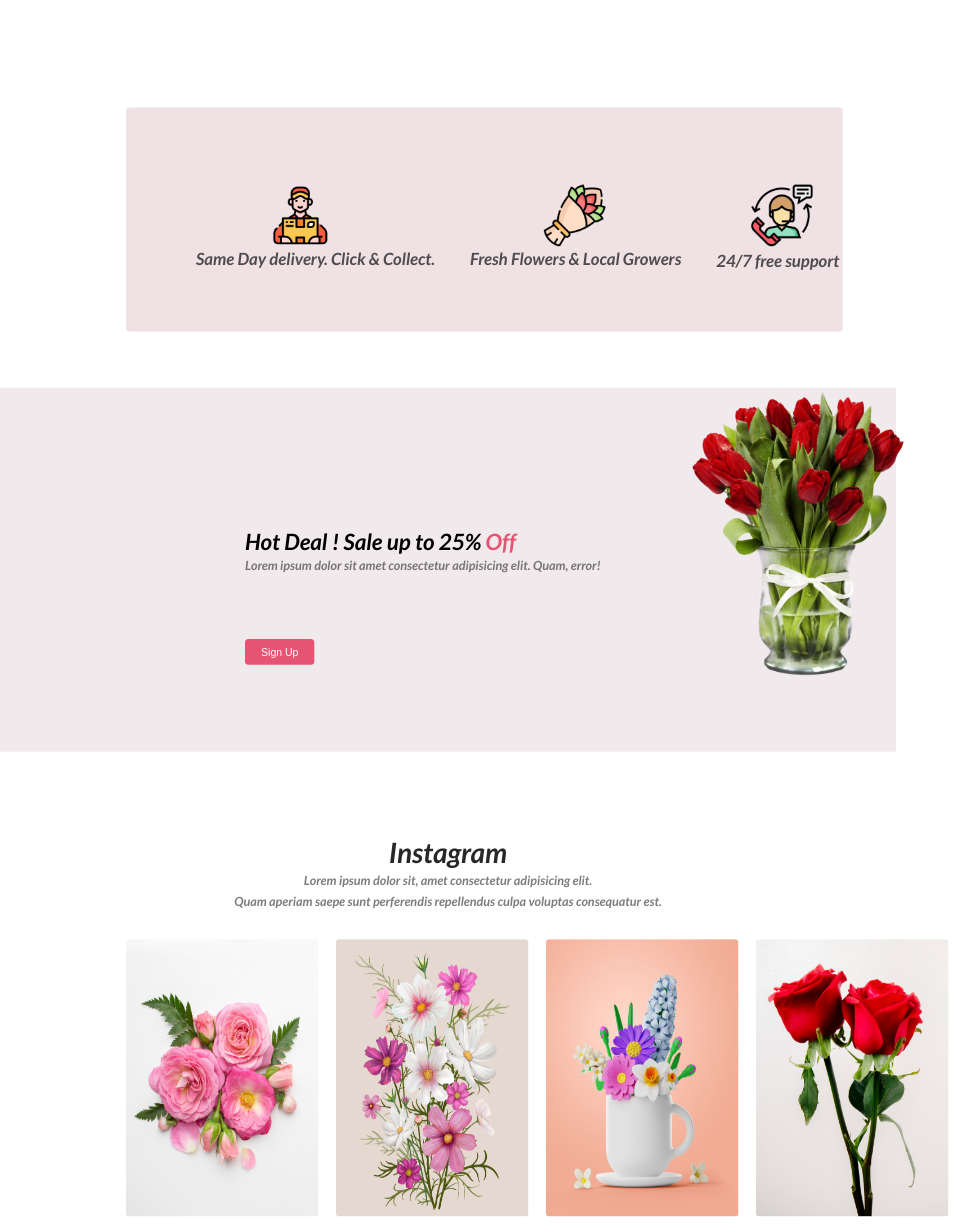
Repository: AnitaAkter/anita-flower-shop
Page: index.html
These files come from the project's save history. The page is drawn as it stood at one moment and after a run of saves; the edit follows.
The browser window is 1280 px wide. The page is 1393 px wide, so the pictures cover 1393 px, including what lies to the right of the window. The pictures show the part of the page from y = 1634 to 3394 px (the page is 3766 px tall), at 70% of full size.

Above is the page before, as saved 2023-09-06 20:22:29.

After the next 3 saves:
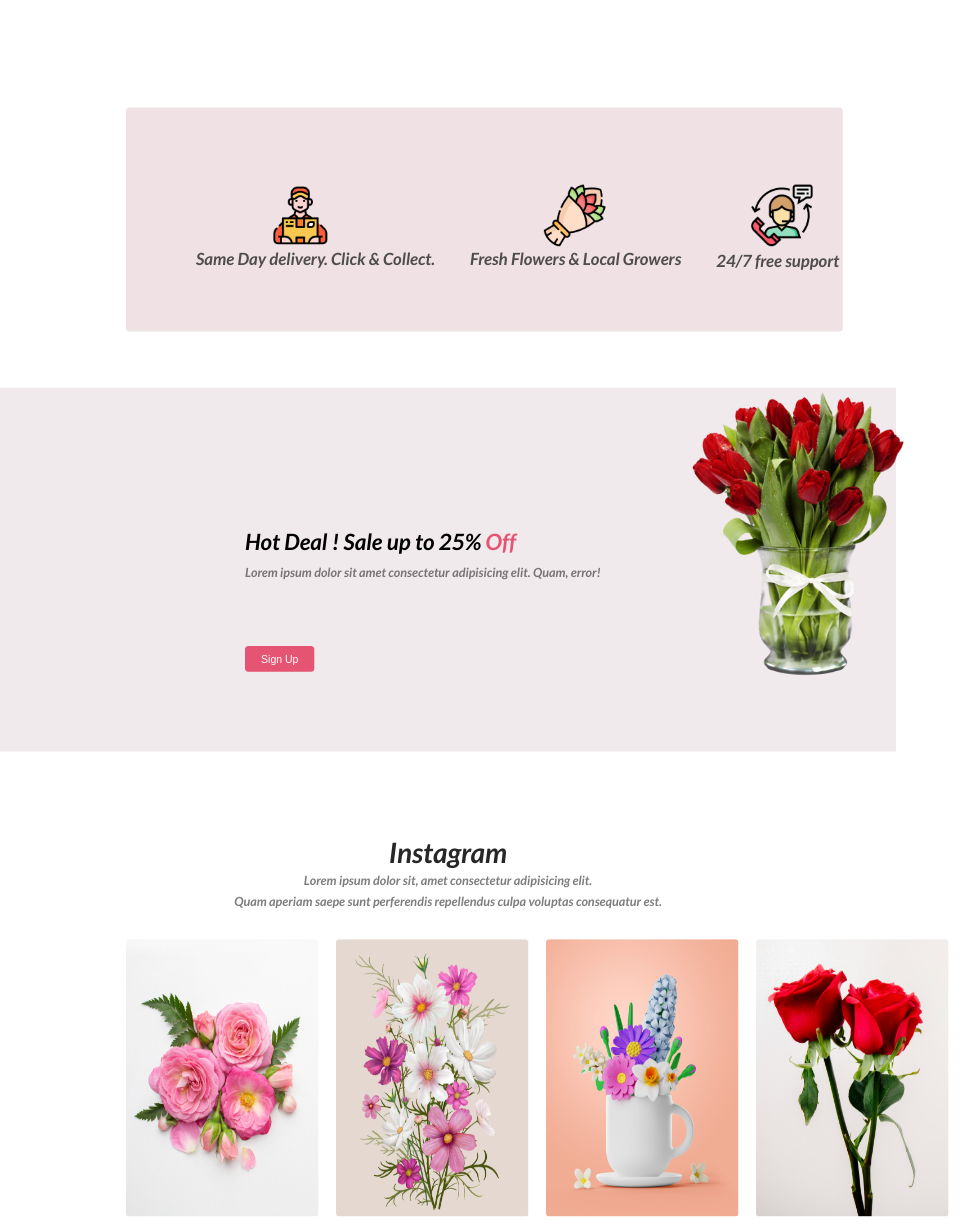
The 3 saves are shown as one change because they came seconds apart.
The last was saved 14 s later.
--- a/style.css
+++ b/style.css
@@ -242,7 +242,7 @@ header {
 }
 
 .add-info p {
-    margin-left: 0px;
+    margin-top: 10px;
 }
 
 .add-btn {
